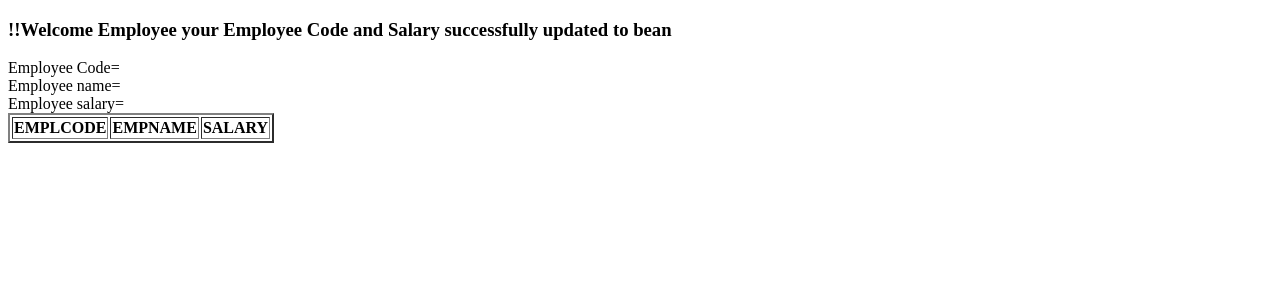
Repository: M-Anusha/Myprojects
Page: http://localhost/spring_mvc/EmplSuccess.jsp
An editor plug-in stored every save of this project. The page is shown before and after the next save, followed by the edit.
The browser window is 1280 px wide. The pictures show the whole page.
The page is served by Tomcat 9. The template is opened directly, without the code that normally fills it, so the values that code supplies are empty.

Above is the page before, as saved 2015-08-13 12:57:44.

After the next save:
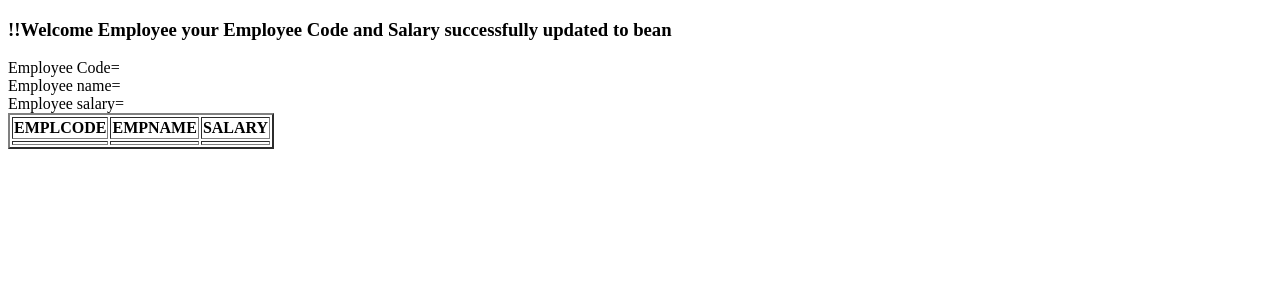
Saved 10 s later.
--- a/spring_mvc/WebContent/EmplSuccess.jsp
+++ b/spring_mvc/WebContent/EmplSuccess.jsp
@@ -1,6 +1,6 @@
 <%@ page language="java" contentType="text/html; charset=ISO-8859-1"
     pageEncoding="ISO-8859-1"%>
- <%@taglib uri="http://java.sun.com/jsp/jstl/core" prefix="c" %>
+ <%@taglib uri="http://java.sun.com/jsp/jstl/core" prefix="s" %>
 <!DOCTYPE html PUBLIC "-//W3C//DTD HTML 4.01 Transitional//EN" "http://www.w3.org/TR/html4/loose.dtd">
 <html>
 <head>
